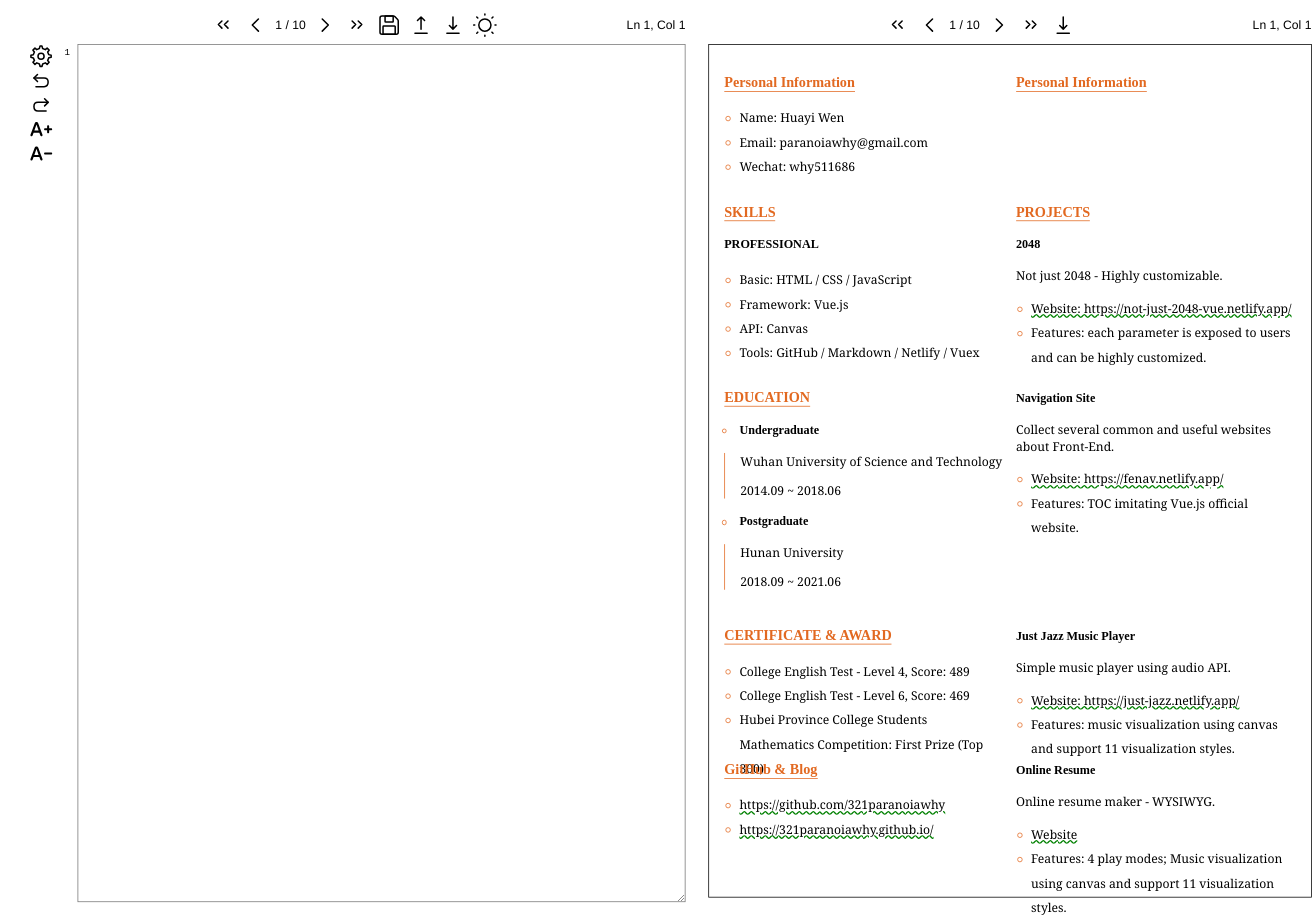
Repository: 321paranoiawhy/online-resume
Page: /
The author's editor kept a copy of each file at every save. The page is drawn from the files as they stood at one save, then again after the next save.
The browser window is 1280 px wide. The page is 1726 px wide, so the pictures cover 1726 px, including what lies to the right of the window. The pictures show the whole page, at 76% of full size.
The project was rebuilt for these pictures with package versions that can differ from the ones it lists, and the page was loaded fresh each time. Also part of the build but not shown: vue.config.js, src/components/Header.vue, src/components/Introduction.vue, src/components/Footer.vue.

Above is the page before, as saved 2022-06-08 18:12:52.

After the next save:
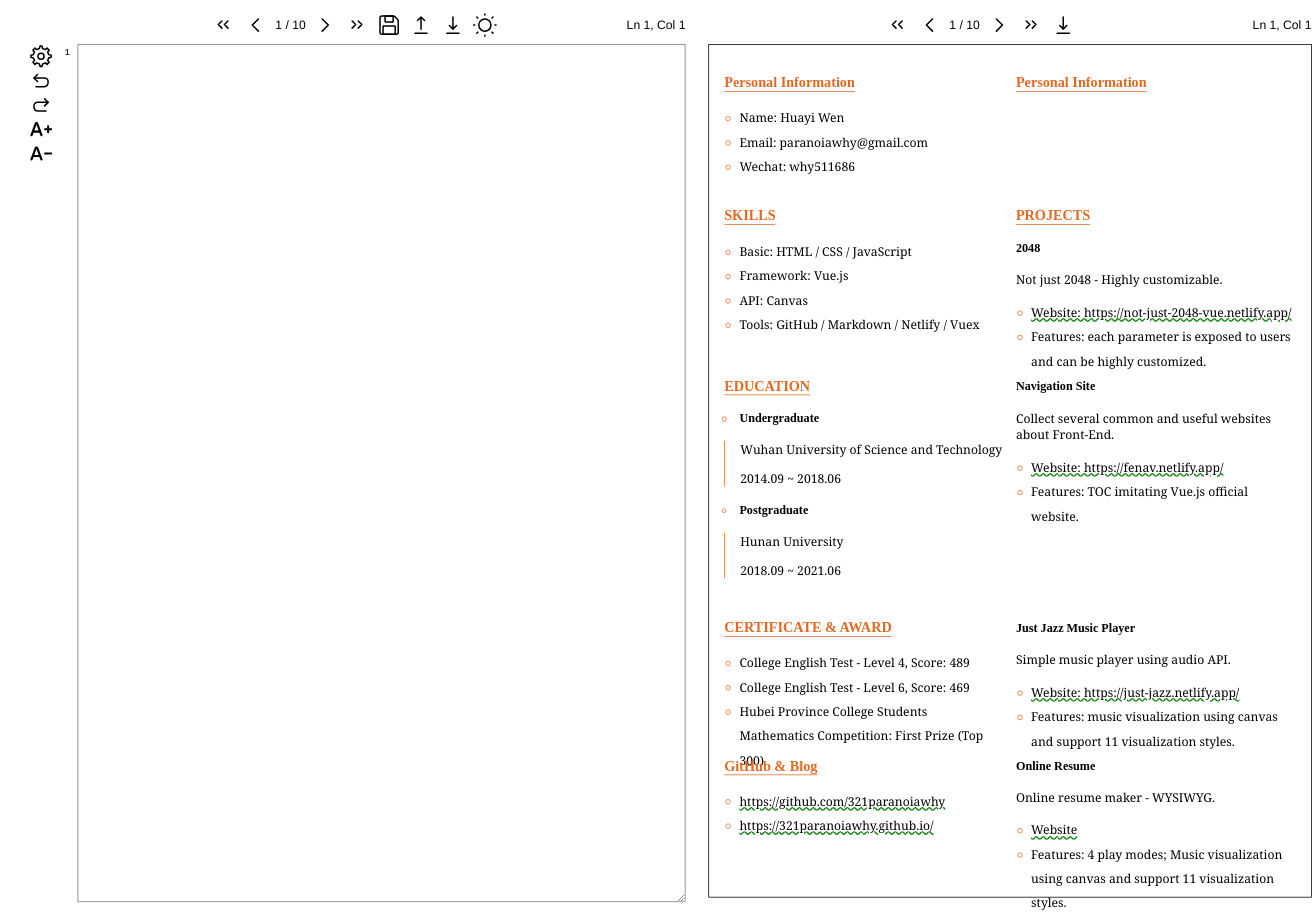
Saved 47 s later.
--- a/src/components/testTemplateEN.vue
+++ b/src/components/testTemplateEN.vue
@@ -13,7 +13,6 @@
         </div>
         <div>
             <h3>SKILLS</h3>
-            <h4>PROFESSIONAL</h4>
             <ul>
                 <li>Basic: HTML / CSS / JavaScript</li>
                 <li>Framework: Vue.js</li>
